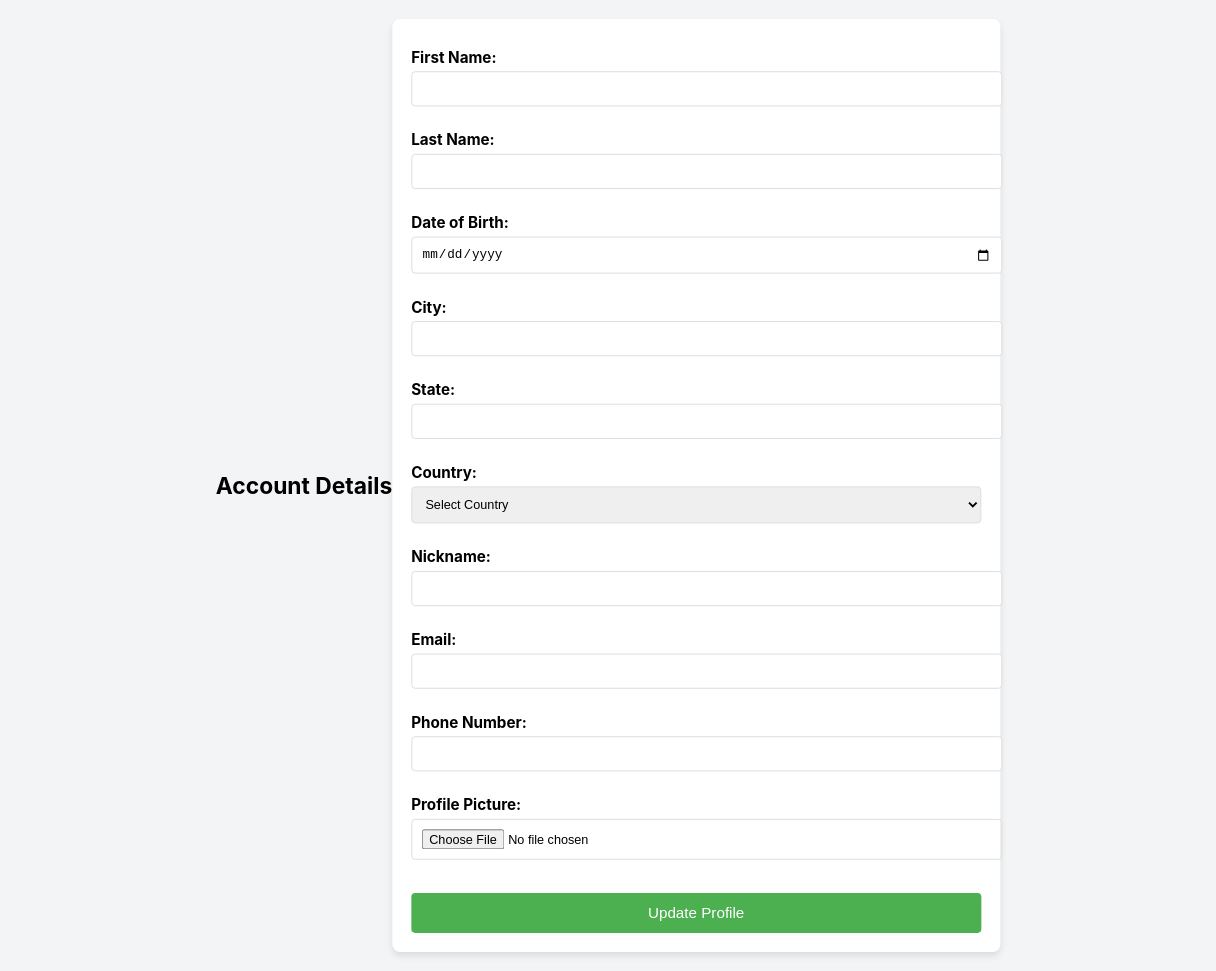
Repository: hamsaram14/dummy4
Page: /profile (app in frontend1/)
An editor plug-in stored every save of this project. The page is shown before and after the next save, followed by the edit.
The browser window is 1280 px wide. The pictures show the whole page, at 95% of full size.
The page's requests for data from a server got no answer. The project was rebuilt for these pictures with package versions that can differ from the ones it lists, and the page was loaded fresh each time. No one was signed in, and anything a server would have sent is missing.

Above is the page before, as saved 2024-10-11 22:33:50.

### frontend1/src/App.js
// src/App.js
import React from 'react';
import { BrowserRouter as Router, Route, Routes } from 'react-router-dom';
import ProfilePage from './components/ProfilePage';

function App() {
    return (
        <Router>
            <Routes>
                <Route path="/profile" element={<ProfilePage />} />
                {/* Uncomment this if you want ProfilePage as the default route */}
                {/* <Route path="/" element={<ProfilePage />} /> */}
            </Routes>
        </Router>
    );
}

export default App;

### frontend1/src/components/ProfilePage.js
import React, { useState, useEffect } from 'react';
import axios from 'axios';
import './ProfilePage.css';

function ProfilePage() {
    const [profile, setProfile] = useState({
        first_name: '',
        last_name: '',
        date_of_birth: '',
        city: '',
        state: '',
        country: '',
        nickname: '',
        email: '',
        phone_number: '',
        profile_picture: ''
    });
    const [countries, setCountries] = useState([]);
    const [message, setMessage] = useState('');
    const [profileImage, setProfileImage] = useState(null);

    // Fetch profile and countries data on component load
    useEffect(() => {
        console.log("Loading ProfilePage...");
        axios.get('http://127.0.0.1:8000/api/customer/profile/') // Ensure this URL is correct
            .then(response => {
                console.log("Profile data fetched:", response.data);
                setProfile(response.data);
            })
            .catch(error => console.error('Error fetching profile:', error));

        axios.get('https://restcountries.com/v3.1/all')
            .then(response => setCountries(response.data.map(country => country.name.common)))
            .catch(error => console.error('Error fetching countries:', error));
    }, []);

    // Handle input change for form fields
    const handleChange = (e) => {
        setProfile({ ...profile, [e.target.name]: e.target.value });
    };

    // Handle profile picture upload
    const handleImageChange = (e) => {
        setProfileImage(e.target.files[0]);
    };

    // Submit profile updates
    const handleSubmit = async (e) => {
        e.preventDefault();
        const formData = new FormData();
        Object.keys(profile).forEach(key => formData.append(key, profile[key]));
        if (profileImage) {
            formData.append('profile_picture', profileImage);
        }

        try {
            const response = await axios.put('http://127.0.0.1:8000/api/customer/profile/', formData, {
                headers: { 'Content-Type': 'multipart/form-data' }
            });
            console.log("Profile updated:", response.data);
            setMessage('Profile updated successfully!');
            setProfile(response.data);
        } catch (error) {
            console.error('Error updating profile:', error);
            setMessage('Error updating profile.');
        }
    };

    return (
        <div className="profile-page">
            <h2>Account Details</h2>
            {message && <p className="message">{message}</p>}
            <div className="profile-container">
                <form onSubmit={handleSubmit}>
                    <label>First Name:</label>
                    <input
                        type="text"
                        name="first_name"
                        value={profile.first_name || ''}
                        onChange={handleChange}
                    />

                    <label>Last Name:</label>
                    <input
                        type="text"
                        name="last_name"
                        value={profile.last_name || ''}
                        onChange={handleChange}
                    />

                    <label>Date of Birth:</label>
                    <input
                        type="date"
                        name="date_of_birth"
                        value={profile.date_of_birth || ''}
                        onChange={handleChange}
                    />

                    <label>City:</label>
                    <input
                        type="text"
                        name="city"
                        value={profile.city || ''}
                        onChange={handleChange}
                    />

                    <label>State:</label>
                    <input
                        type="text"
                        name="state"
                        value={profile.state || ''}
                        onChange={handleChange}
                    />

                    <label>Country:</label>
                    <select name="country" value={profile.country || ''} onChange={handleChange}>
                        <option value="">Select Country</option>
                        {countries.length > 0 ? (
                            countries.map(country => (
                                <option key={country} value={country}>{country}</option>
                            ))
                        ) : (
                            <option>Loading...</option>
                        )}
                    </select>

                    <label>Nickname:</label>
                    <input
                        type="text"
                        name="nickname"
                        value={profile.nickname || ''}
                        onChange={handleChange}
                    />

                    <label>Email:</label>
                    <input
                        type="email"
                        name="email"
                        value={profile.email || ''}
                        onChange={handleChange}
                    />

                    <label>Phone Number:</label>
                    <input
                        type="text"
                        name="phone_number"
                        value={profile.phone_number || ''}
                        onChange={handleChange}
                    />

                    <label>Profile Picture:</label>
                    <input
                        type="file"
                        name="profile_picture"
                        onChange={handleImageChange}
                    />

                    <button type="submit">Update Profile</button>
                </form>
            </div>
        </div>
    );
}

export default ProfilePage;

### frontend1/src/components/ProfilePage.css
/* ProfilePage.css */

.profile-page {
    display: flex;
    justify-content: center;
    align-items: center;
    min-height: 100vh;
    background-color: #f3f4f6;
    padding: 20px;
    position: relative;
    overflow: hidden;
}

.profile-page h2 {
    text-align: center;
    margin-bottom: 20px;
    font-size: 24px;
    font-weight: bold;
}

.profile-container {
    width: 100%;
    max-width: 600px; /* Adjust as needed for better form width */
    background-color: #ffffff;
    padding: 20px;
    border-radius: 8px;
    box-shadow: 0 4px 8px rgba(0, 0, 0, 0.1);
}

.profile-page label {
    display: block;
    margin-top: 10px;
    font-weight: bold;
}

.profile-page input,
.profile-page select {
    width: 100%;
    padding: 10px;
    margin-top: 5px;
    margin-bottom: 15px;
    border: 1px solid #ddd;
    border-radius: 4px;
}

.profile-page button {
    width: 100%;
    padding: 12px;
    margin-top: 20px;
    background-color: #4CAF50;
    color: white;
    border: none;
    border-radius: 4px;
    font-size: 16px;
    cursor: pointer;
}

.profile-page .message {
    text-align: center;
    color: green;
    font-weight: bold;
}

.profile-page::before {
    content: "";
    background-image: url('/uber_eats.jpg'); /* Use the correct path from the public folder */
    background-size: 40%; /* Adjust size as needed */
    background-repeat: no-repeat;
    background-position: center;
    position: absolute;
    top: 0;
    left: 0;
    width: 100%;
    height: 100%;
    opacity: 0.1; /* Makes the image look shadowed */
    z-index: -1; /* Ensure it stays behind all other content */
}

Loaded but not shown: frontend1/public/index.html (common file); frontend1/src/index.js (common file); frontend1/src/index.css (common file); frontend1/src/reportWebVitals.js (common file)

After the next save:
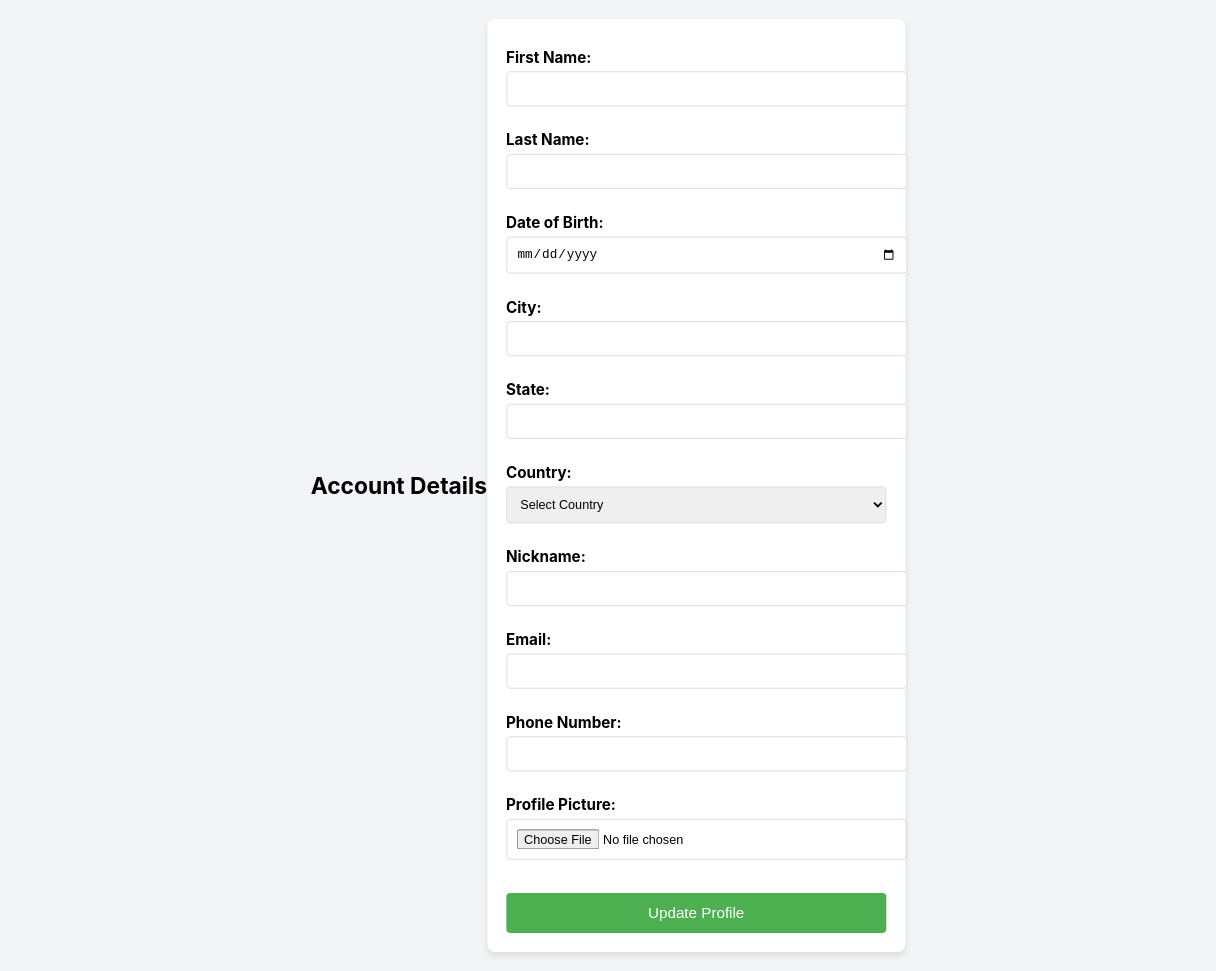
Saved 17 s later.
--- a/frontend1/src/components/ProfilePage.css
+++ b/frontend1/src/components/ProfilePage.css
@@ -19,10 +19,9 @@
 }
 
 .profile-container {
-    width: 100%;
-    max-width: 600px; /* Adjust as needed for better form width */
-    background-color: #ffffff;
+    z-index: 1; /* Place content above the background */
     padding: 20px;
+    background-color: #fff;
     border-radius: 8px;
     box-shadow: 0 4px 8px rgba(0, 0, 0, 0.1);
 }
